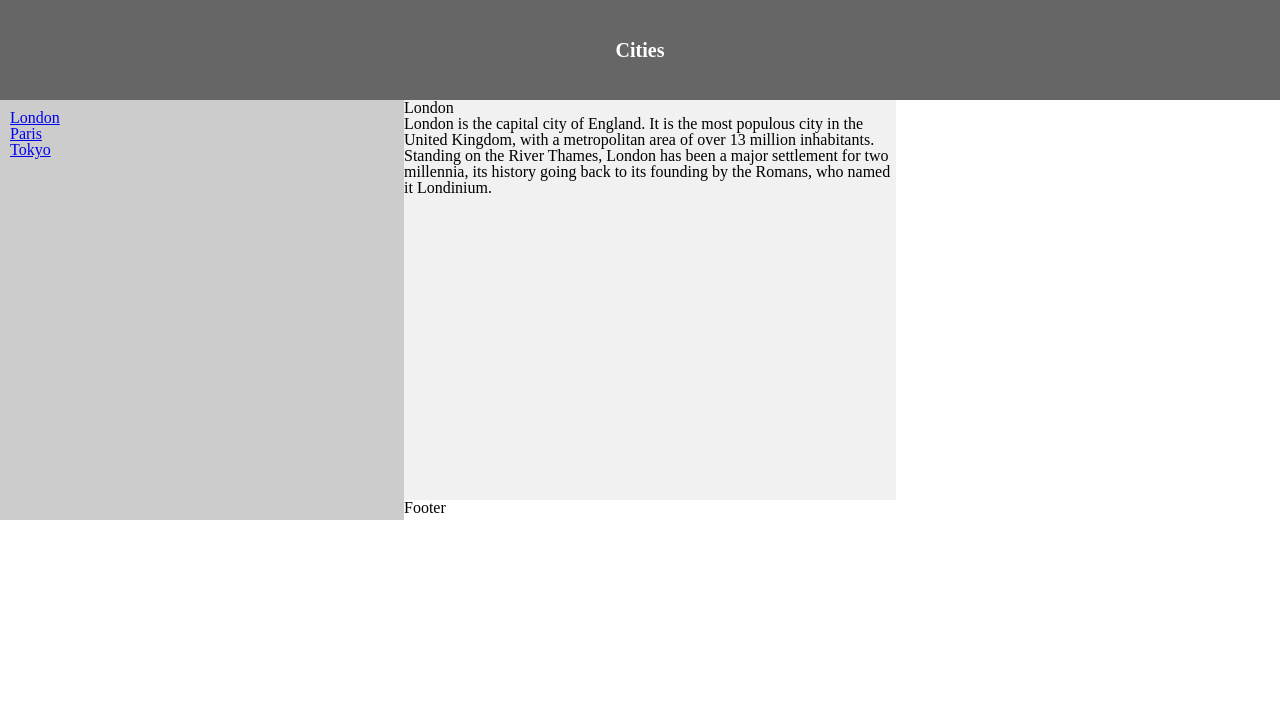
Repository: Tan-Khang21/TH_TKW--Buoi_06
Page: Bai_Tap_Tren_lop/Bai_01/LayoutCSS1.html
The author's editor kept a copy of each file at every save. The page is drawn from the files as they stood at one save, then again after the next save.
The browser window is 1280 px wide. The pictures show the whole page.

Above is the page before, as saved 2024-03-11 19:48:28.

### Bai_Tap_Tren_lop/Bai_01/LayoutCSS1.html
<!DOCTYPE html>
<html lang="en">
  <head>
    <meta charset="UTF-8" />
    <meta name="viewport" content="width=device-width, initial-scale=1.0" />
    <title>Document</title>
    <link rel="stylesheet" href="style.css" />
    <link rel="stylesheet" href="reset.css" />
  </head>
  <body>
    <div class="title">Cities</div>
    <nav class="navigation">
      <a href="#">London</a>
      <a href="#">Paris</a>
      <a href="#">Tokyo</a>
    </nav>
    <div class="Article">
      <h5>London</h5>
      <p>
        London is the capital city of England. It is the most populous city in
        the United Kingdom, with a metropolitan area of over 13 million
        inhabitants.
      </p>
      <p>
        Standing on the River Thames, London has been a major settlement for two
        millennia, its history going back to its founding by the Romans, who
        named it Londinium.
      </p>
    </div>
    <footer>Footer</footer>
  </body>
</html>

### Bai_Tap_Tren_lop/Bai_01/style.css
body {
  width: 100%;
}
.title {
  height: 100px;
  background-color: #666666;
  color: white;
  font-size: 20px;
  font-weight: bold;
  display: flex;
  align-items: center;
  justify-content: center;
}
.navigation {
  width: 30%;
  height: 400px;
  background-color: #cccccc;
  padding: 10px;
  display: flex;
  flex-direction: column;
  float: left;
}
.Article {
  width: 70%;
  height: 400px;
  background-color: #f1f1f1;
  clear: right;
}

Loaded but not shown: Bai_Tap_Tren_lop/Bai_01/reset.css (common file)

After the next save:
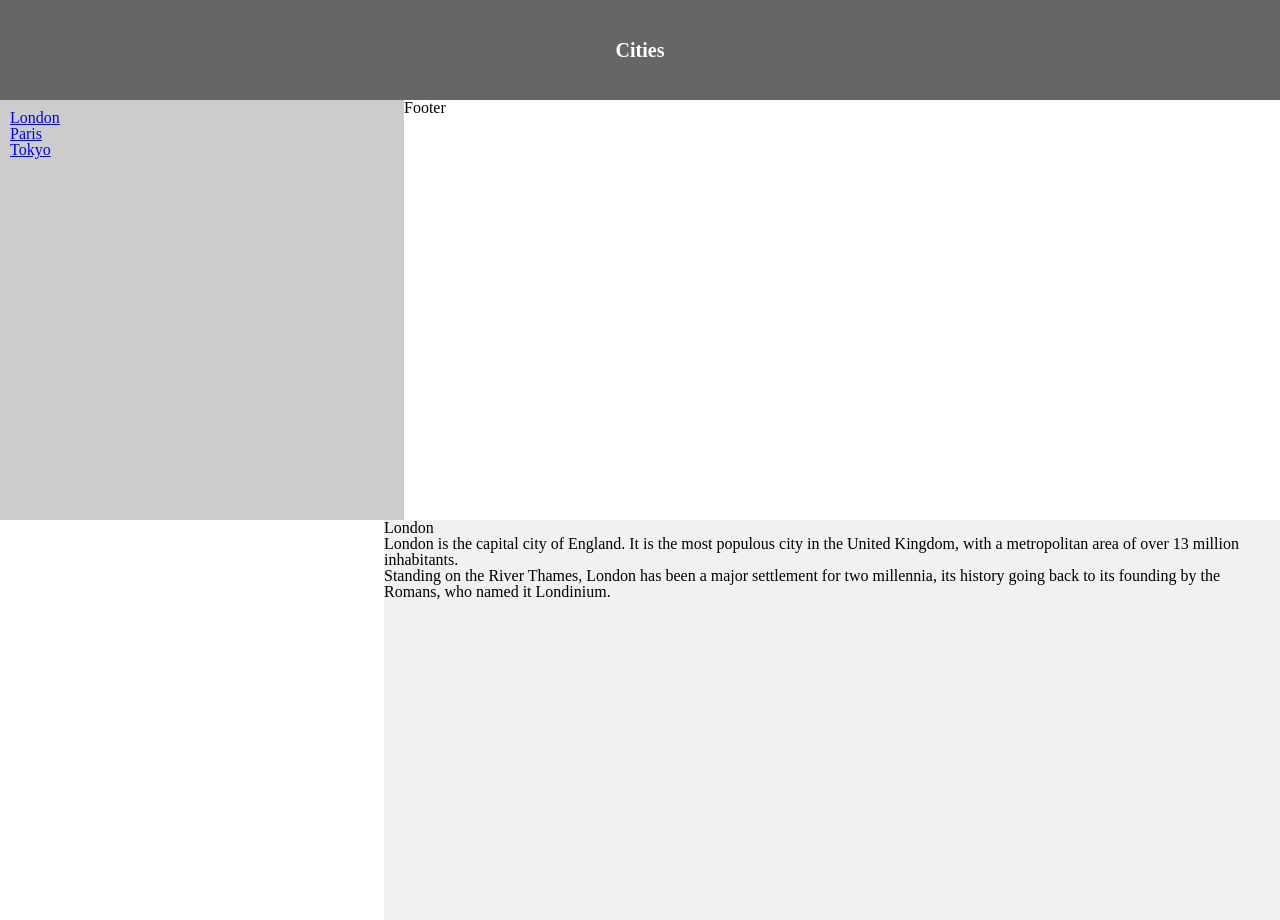
Saved 21 s later.
--- a/Bai_Tap_Tren_lop/Bai_01/style.css
+++ b/Bai_Tap_Tren_lop/Bai_01/style.css
@@ -24,5 +24,5 @@ body {
   width: 70%;
   height: 400px;
   background-color: #f1f1f1;
-  clear: right;
+  float: right;
 }
